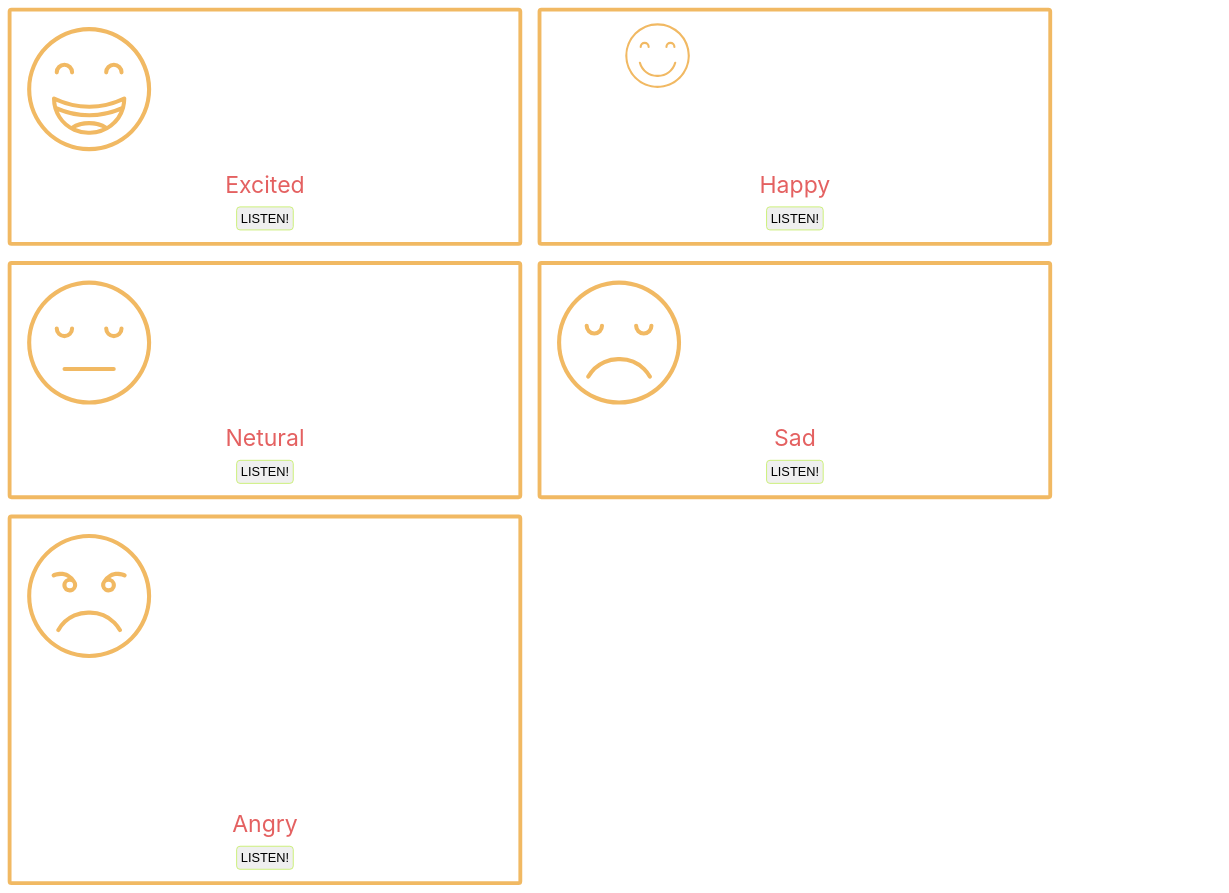
Repository: majakesin/moodify-app
Page: /
The author's editor kept a copy of each file at every save. The page is drawn from the files as they stood at one save, then again after the next save.
The browser window is 1280 px wide. The pictures show the whole page, at 96% of full size.
The project was rebuilt for these pictures with package versions that can differ from the ones it lists, and the page was loaded fresh each time.

Above is the page before, as saved 2023-08-21 13:00:40.

### public/index.html
<!DOCTYPE html>
<html lang="en">
  <head>
    <meta charset="utf-8" />
    <link rel="icon" href="%PUBLIC_URL%/logo.svg" />
    <meta name="viewport" content="width=device-width, initial-scale=1" />
    <meta name="theme-color" content="#000000" />
    <meta
      name="description"
      content="Moodify -- App that gives yours ears the best music based on your mood"
    />
    <link rel="apple-touch-icon" href="%PUBLIC_URL%/logo.svg" />
    <!--
      manifest.json provides metadata used when your web app is installed on a
      user's mobile device or desktop. See https://developers.google.com/web/fundamentals/web-app-manifest/
    -->
    <link rel="manifest" href="%PUBLIC_URL%/manifest.json" />
    <!--
      Notice the use of %PUBLIC_URL% in the tags above.
      It will be replaced with the URL of the `public` folder during the build.
      Only files inside the `public` folder can be referenced from the HTML.

      Unlike "/favicon.ico" or "favicon.ico", "%PUBLIC_URL%/favicon.ico" will
      work correctly both with client-side routing and a non-root public URL.
      Learn how to configure a non-root public URL by running `npm run build`.
    -->
    <title>Moodify</title>
  </head>
  <body>
    <noscript>You need to enable JavaScript to run this app.</noscript>
    <div id="root"></div>
    <!--
      This HTML file is a template.
      If you open it directly in the browser, you will see an empty page.

      You can add webfonts, meta tags, or analytics to this file.
      The build step will place the bundled scripts into the <body> tag.

      To begin the development, run `npm start` or `yarn start`.
      To create a production bundle, use `npm run build` or `yarn build`.
    -->
  </body>
</html>

### src/App.js
import "./App.css";
import ChooseMood from "./pages/ChooseMood";

function App() {
  return (
    <div className="App">
      <ChooseMood />
    </div>
  );
}

export default App;

### src/App.css

button {
  border: 1px solid var(--first-color);
  border-radius: 4px;
  padding: 4px;
  margin: 4px;
}

### src/pages/ChooseMood/index.jsx
import { moods } from 'src/data/moods'
import Mood from 'src/components/Mood';

import styles from './index.module.css';

const ChooseMood = () => {

    return (
        <div>
            <div className={styles['mood-list']}>
                {moods.map(({ type, icon }) => {
                    return (<Mood type={type} icon={icon} />)
                })}
            </div>
        </div>
    )

};

export default ChooseMood;

### src/data/moods.js
export const moods = [
    {
        type: 'Excited',
        icon: <svg id="SvgjsSvg1081" xmlns="http://www.w3.org/2000/svg" version="1.1" xmlnsXlink="http://www.w3.org/1999/xlink" xmlnsSvgjs="http://svgjs.com/svgjs">
                <defs id="SvgjsDefs1082"></defs>
                <g id="SvgjsG1083">
                    <svg   preserveAspectRatio="xMidYMid meet" xmlns="http://www.w3.org/2000/svg" data-name="Layer 1" viewBox="0 0 1012 1012" width="288" height="288">
                        <path fill="currentcolor" d="M416.51318,95.48682A226.99992,226.99992,0,1,0,95.48682,416.51318,226.99992,226.99992,0,1,0,416.51318,95.48682ZM256,468C139.103,468,44,372.897,44,256S139.103,44,256,44s212,95.103,212,212S372.897,468,256,468ZM137.5,202a7.50006,7.50006,0,0,0,7.5-7.5,20.5,20.5,0,0,1,41,0,7.5,7.5,0,0,0,15,0,35.5,35.5,0,0,0-71,0A7.50006,7.50006,0,0,0,137.5,202Zm181,0a7.50006,7.50006,0,0,0,7.5-7.5,20.5,20.5,0,0,1,41,0,7.5,7.5,0,0,0,15,0,35.5,35.5,0,0,0-71,0A7.50006,7.50006,0,0,0,318.5,202Zm69.95947,82.13037a7.49875,7.49875,0,0,0-7.27832-.356A284.51645,284.51645,0,0,1,257.5,313h-1.48a284.55042,284.55042,0,0,1-125.2002-29.2251A7.4999,7.4999,0,0,0,120,290.5a132.31839,132.31839,0,0,0,79.15625,121.32324A131.47888,131.47888,0,0,0,252.5,423h7a132.5854,132.5854,0,0,0,127.794-97.37988A133.06894,133.06894,0,0,0,392,290.5,7.5003,7.5003,0,0,0,388.45947,284.13037ZM259.5,408h-7a116.58888,116.58888,0,0,1-46.02222-9.36157C219.72205,391.8783,237.33752,388,256.002,388c18.66236,0,36.27466,3.87708,49.51734,10.63538A116.56076,116.56076,0,0,1,259.5,408Zm83.08691-34.41309a117.56809,117.56809,0,0,1-21.38024,16.93219C305.07166,379.48517,281.17847,373,256.002,373c-25.18383,0-49.0852,6.48932-65.22168,17.52966a116.81051,116.81051,0,0,1-46.07495-53.13611,299.90773,299.90773,0,0,0,111.31323,21.61036c.5044,0,1.01612-.00147,1.52051-.00391A300.023,300.023,0,0,0,367.2478,337.40454,117.86031,117.86031,0,0,1,342.58691,373.58691ZM373.6593,318.347A284.8703,284.8703,0,0,1,257.46094,344c-.49219.00293-.97412.00391-1.46387.00391a284.90227,284.90227,0,0,1-117.65942-25.65967,117.74477,117.74477,0,0,1-2.72388-15.77832A299.64178,299.64178,0,0,0,256.02,328h1.519a299.80874,299.80874,0,0,0,118.84668-25.43555A117.6884,117.6884,0,0,1,373.6593,318.347Z" class="color2c2b2d svgShape"></path>
                    </svg>
                </g>
             </svg>
    },
    {
        type: 'Happy',
        icon: <svg id="SvgjsSvg1102" xmlns="http://www.w3.org/2000/svg" version="1.1" xmlnsXlink="http://www.w3.org/1999/xlink" xmlnsSvgjs="http://svgjs.com/svgjs">
                <defs id="SvgjsDefs1103"></defs>
                <g id="SvgjsG1104">
                    <svg xmlns="http://www.w3.org/2000/svg" data-name="Layer 1" viewBox="0 0 1012 1012" >
                        <path fill="currentcolor" d="M382.042,299.40674a7.496,7.496,0,0,0-9.21582,5.251A117.42927,117.42927,0,0,1,259.5,391h-7a117.41578,117.41578,0,0,1-113.32715-86.33447,7.49971,7.49971,0,1,0-14.46484,3.96875A132.417,132.417,0,0,0,252.5,406h7a132.58733,132.58733,0,0,0,127.793-97.37744A7.4999,7.4999,0,0,0,382.042,299.40674ZM416.51367,95.48682A227.00026,227.00026,0,0,0,95.48633,416.51318,227.00026,227.00026,0,0,0,416.51367,95.48682ZM256,468C139.10254,468,44,372.897,44,256S139.10254,44,256,44s212,95.103,212,212S372.89746,468,256,468ZM137.5,202a7.49974,7.49974,0,0,0,7.5-7.5,20.5,20.5,0,0,1,41,0,7.5,7.5,0,0,0,15,0,35.5,35.5,0,0,0-71,0A7.49974,7.49974,0,0,0,137.5,202Zm181,0a7.49974,7.49974,0,0,0,7.5-7.5,20.5,20.5,0,0,1,41,0,7.5,7.5,0,0,0,15,0,35.5,35.5,0,0,0-71,0A7.49974,7.49974,0,0,0,318.5,202Z" class="color2c2b2d svgShape"></path>
                    </svg>
                </g>
            </svg> ,
    },
    {
        type: 'Netural',
        icon: <svg id="SvgjsSvg1123" width="288" xmlns="http://www.w3.org/2000/svg" version="1.1" xmlnsXlink="http://www.w3.org/1999/xlink" xmlnsSvgjs="http://svgjs.com/svgjs">
                <defs id="SvgjsDefs1124"></defs>
                <g id="SvgjsG1125">
                    <svg xmlns="http://www.w3.org/2000/svg" data-name="Layer 1" viewBox="0 0 1012 1012" width="288" height="288">
                        <path fill="currentcolor" d="M201,204.5a7.5,7.5,0,0,0-15,0,20.5,20.5,0,0,1-41,0,7.5,7.5,0,0,0-15,0,35.5,35.5,0,0,0,71,0ZM374.5,197a7.50006,7.50006,0,0,0-7.5,7.5,20.5,20.5,0,0,1-41,0,7.5,7.5,0,0,0-15,0,35.5,35.5,0,0,0,71,0A7.50006,7.50006,0,0,0,374.5,197ZM416.51318,95.48682A226.99992,226.99992,0,1,0,95.48682,416.51318,226.99992,226.99992,0,1,0,416.51318,95.48682ZM256,468C139.103,468,44,372.897,44,256S139.103,44,256,44s212,95.103,212,212S372.897,468,256,468Zm90-123H166a7.5,7.5,0,0,0,0,15H346a7.5,7.5,0,0,0,0-15Z" class="color2c2b2d svgShape"></path>
                    </svg>
                </g>
            </svg>,
    },
    {
        type: 'Sad',
        icon: <svg id="SvgjsSvg1193" width="288" xmlns="http://www.w3.org/2000/svg" version="1.1" xmlnsXlink="http://www.w3.org/1999/xlink" xmlnsSvgjs="http://svgjs.com/svgjs">
                <defs id="SvgjsDefs1194"></defs>
                <g id="SvgjsG1195">
                    <svg xmlns="http://www.w3.org/2000/svg" data-name="Layer 1" viewBox="0 0 1012 1012" width="288" height="288">
                         <path fill="currentcolor" d="M165.5,230A35.54028,35.54028,0,0,0,201,194.5a7.5,7.5,0,0,0-15,0,20.5,20.5,0,0,1-41,0,7.5,7.5,0,0,0-15,0A35.54028,35.54028,0,0,0,165.5,230Zm209-43a7.50006,7.50006,0,0,0-7.5,7.5,20.5,20.5,0,0,1-41,0,7.5,7.5,0,0,0-15,0,35.5,35.5,0,0,0,71,0A7.50006,7.50006,0,0,0,374.5,187ZM353.19336,347.94678A132.16887,132.16887,0,0,0,259.5,309.14014h-7a131.47793,131.47793,0,0,0-53.34082,11.17529,133.55143,133.55143,0,0,0-62.24854,56.51221,7.50013,7.50013,0,0,0,13.07911,7.34472,118.4576,118.4576,0,0,1,55.21435-50.1289A116.57358,116.57358,0,0,1,252.5,324.14014h7a117.16738,117.16738,0,0,1,83.08691,34.41308,117.92616,117.92616,0,0,1,19.42432,25.62061,7.5,7.5,0,0,0,13.07715-7.34766A132.92018,132.92018,0,0,0,353.19336,347.94678Zm63.31982-252.46A226.99992,226.99992,0,1,0,95.48682,416.51318,226.99992,226.99992,0,1,0,416.51318,95.48682ZM256,468C139.103,468,44,372.897,44,256S139.103,44,256,44s212,95.103,212,212S372.897,468,256,468Z" class="color2c2b2d svgShape"></path>
                    </svg>
                </g>
            </svg>,
    },
    {
        type: 'Angry',
        icon: <svg xmlns="http://www.w3.org/2000/svg" data-name="Layer 1" viewBox="0 0 1012 1012" width="288" height="288">
                <path fill="currentcolor" d="M353.19336,347.94629A132.1737,132.1737,0,0,0,259.5,309.13965h-7a131.5101,131.5101,0,0,0-53.3418,11.17578,133.55212,133.55212,0,0,0-62.24707,56.51172,7.49995,7.49995,0,0,0,13.07813,7.3457A118.46814,118.46814,0,0,1,205.20313,334.043,116.60013,116.60013,0,0,1,252.5,324.13965h7a117.16506,117.16506,0,0,1,83.08691,34.41406,117.92838,117.92838,0,0,1,19.42481,25.62012,7.49957,7.49957,0,1,0,13.07617-7.34766A132.91978,132.91978,0,0,0,353.19336,347.94629ZM416.51367,95.48682A227.00044,227.00044,0,0,0,95.48633,416.51367,227.00044,227.00044,0,0,0,416.51367,95.48682ZM256,468C139.10254,468,44,372.89746,44,256,44,139.103,139.10254,44,256,44s212,95.103,212,212C468,372.89746,372.89746,468,256,468ZM175.12207,188.29736c.96533.53955,1.88086,1.10938,2.769,1.69336a27.02454,27.02454,0,1,0,28.58863,9.52246,62.7776,62.7776,0,0,0-24.04029-24.31005c-27.82519-15.55176-56.1748-2.73292-59.31445-1.21973a7.49994,7.49994,0,1,0,6.50977,13.51367C132.05762,186.33057,153.91113,176.44189,175.12207,188.29736ZM185.12012,204a12,12,0,1,1-12,12A12.01344,12.01344,0,0,1,185.12012,204ZM388.875,173.9834c-3.1416-1.51367-31.49121-14.33447-59.31348,1.21924a62.778,62.778,0,0,0-24.04126,24.31054,26.989,26.989,0,1,0,28.58887-9.52234c.88843-.58435,1.804-1.15429,2.76978-1.694,21.21191-11.85743,43.06347-1.96631,45.48632-.79981A7.49994,7.49994,0,1,0,388.875,173.9834ZM338.87988,216a12,12,0,1,1-12-12A12.01343,12.01343,0,0,1,338.87988,216Z" class="color2c2b2d svgShape"></path>
              </svg>,
    }

]

### src/components/Mood/index.jsx
import styles from './index.module.css';

const Mood = (props) => {

    const { type, icon } = props;

    return (
        <div className={styles.card}>
            <div className={styles.icon}>
                {icon}
            </div>
            <div className={styles.content}>
               <span className={styles.title}> {type} </span>
             <button> LISTEN!</button>
            </div>
        </div>
    )
};

export default Mood;

### src/pages/ChooseMood/index.module.css

.wrap {
 color: var(--first-color);
}

.mood-list {
    display: flex;
    flex-direction: row;
    flex-wrap: wrap;
}

### src/components/Mood/index.module.css

@import '../../styles/variables.css';

.card {
    border: 4px solid var(--third-color);
    border-radius: 4px;
    margin: 8px;
    padding: 8px;
    width: 40vw;
}

.icon {
    color: var(--third-color);
}

.content {
    display: flex;
    flex-direction: column;
    align-items: center;

}

.title {
    font-size: 24px;
    color: var(--fourth-color);
    margin: 4px;
}

### src/styles/variables.css
:root,
    :root.rainbow {
        --first-color: #cbf078;
        --second-color: #f8f398;
        --third-color: #f1b963;
        --fourth-color: #e46161;
    }
    :root.blue {
        --first-color: #5585b5;
        --second-color: #53a8b6;
        --third-color: #79c2d0;
        --fourth-color: #bbe4e9;
    }
    :root.pink {
        --first-color: #45171d;
        --second-color: #e84a5f;
        --third-color: #ff847c;
        --fourth-color: #fecea8;

    }

Loaded but not shown: src/index.js (common file); src/index.css (common file); src/reportWebVitals.js (common file)

After the next save:
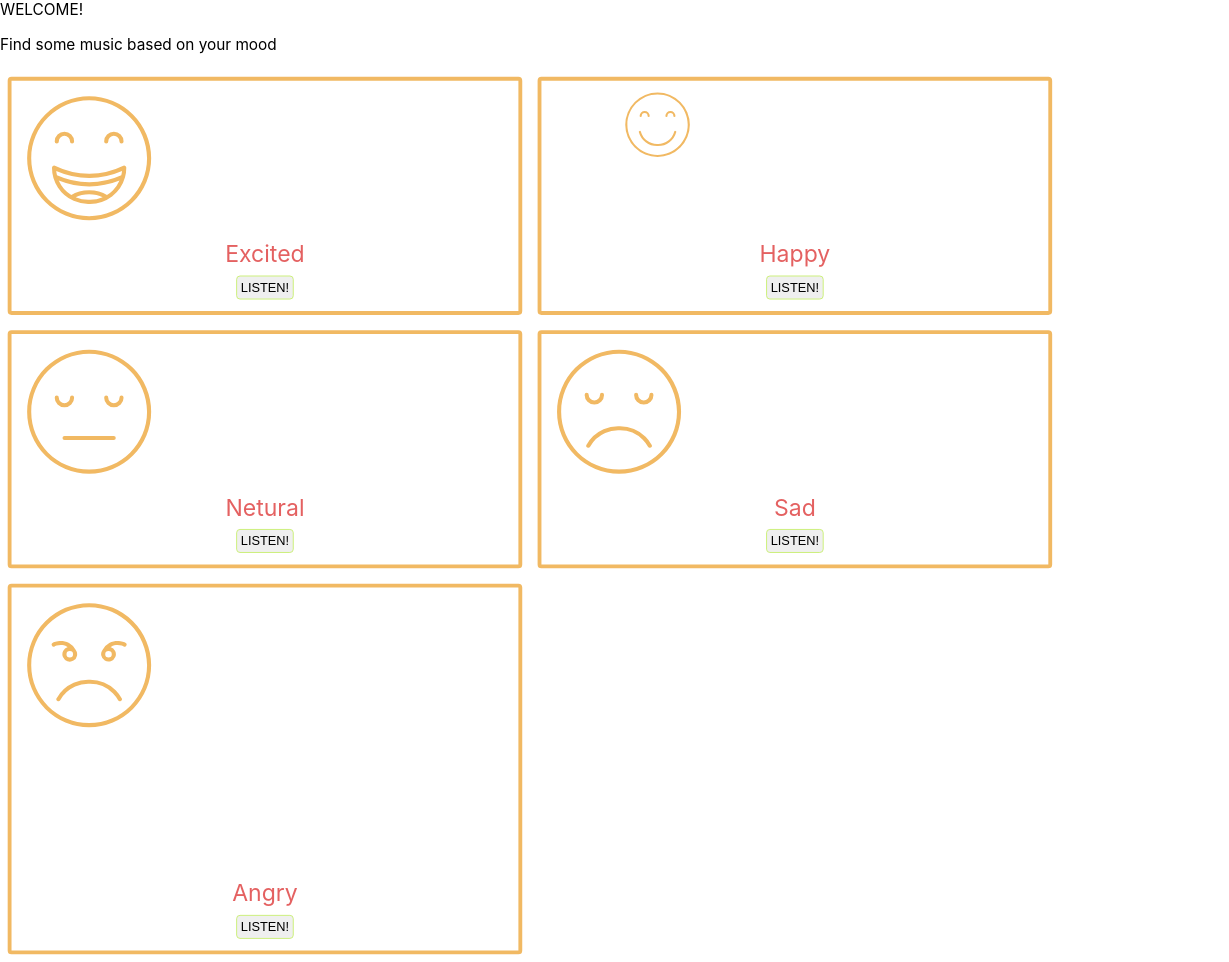
Saved 2 min 26 s later.
--- a/src/pages/ChooseMood/index.jsx
+++ b/src/pages/ChooseMood/index.jsx
@@ -7,6 +7,8 @@ const ChooseMood = () => {
 
     return (
         <div>
+            WELCOME!
+            <p>Find some music based on your mood </p>
             <div className={styles['mood-list']}>
                 {moods.map(({ type, icon }) => {
                     return (<Mood type={type} icon={icon} />)
